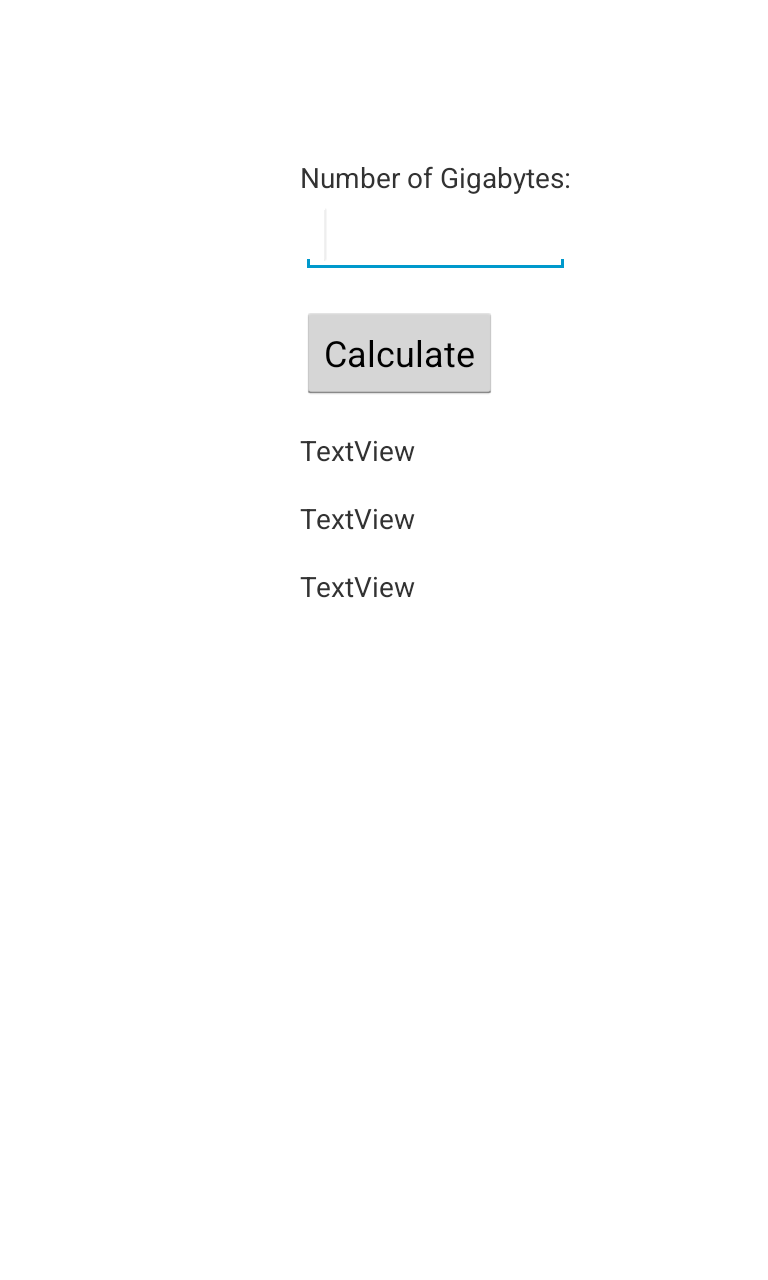
Repository: laurenelder/Java1-Project1
Layout: LinearLayoutProject/res/layout/activity_main.xml
An editor plug-in stored every save of this project. The layout is shown before and after the next save, followed by the edit.
It is drawn on a 768 x 1280 px phone screen (xhdpi) without system bars, with theme AppTheme; the app's code is not run.

Above is the layout before, as saved 2014-05-10 00:32:54.

### LinearLayoutProject/res/layout/activity_main.xml
<FrameLayout xmlns:android="http://schemas.android.com/apk/res/android"
    xmlns:tools="http://schemas.android.com/tools"
    android:id="@+id/container"
    android:layout_width="match_parent"
    android:layout_height="match_parent"
    tools:context="com.elderDevin.linearlayoutproject.MainActivity"
    tools:ignore="MergeRootFrame">

    <LinearLayout
        android:id="@+id/linear"
        android:layout_width="wrap_content"
        android:layout_height="wrap_content"
        android:layout_marginTop="50dp"
        android:layout_marginLeft="150dp"
        android:orientation="vertical"
        tools:context="com.elderDevin.linearlayoutproject.MainActivity">

        <TextView
            android:id="@+id/textView1"
            android:layout_width="wrap_content"
            android:layout_height="wrap_content"
            android:layout_marginTop="29dp"
            android:text="@string/textfield_title" />

        <EditText
            android:id="@+id/numInput"
            android:layout_width="match_parent"
            android:layout_height="wrap_content"
            android:inputType="numberSigned" >

            <requestFocus />
        </EditText>

        <Button
            android:id="@+id/calculateBtn"
            android:layout_width="wrap_content"
            android:layout_height="wrap_content"
            android:layout_marginTop="15dp"
            android:text="@string/button_text"
        	android:onClick="Clicked"/>

        <TextView
            android:id="@+id/byteView"
            android:layout_width="wrap_content"
            android:layout_height="wrap_content"
            android:layout_marginTop="15dp"
            android:text="TextView" />

        <TextView
            android:id="@+id/kByteView"
            android:layout_width="wrap_content"
            android:layout_height="wrap_content"
            android:layout_marginTop="15dp"
            android:text="TextView" />

        <TextView
            android:id="@+id/mByteView"
            android:layout_width="wrap_content"
            android:layout_height="wrap_content"
            android:layout_marginTop="15dp"
            android:text="TextView" />
    </LinearLayout>
</FrameLayout>

### LinearLayoutProject/res/values/strings.xml
<?xml version="1.0" encoding="utf-8"?>
<resources>

    <string name="app_name">Linear Layout Project</string>
    <string name="hello_world">Hello world!</string>
    <string name="action_settings">Settings</string>
    <string name="textfield_title">Number of Gigabytes:</string>
    <string name="button_text">Calculate</string>

</resources>

Loaded but not shown: LinearLayoutProject/res/values/styles.xml (common file); LinearLayoutProject/res/values-v11/styles.xml (common file); LinearLayoutProject/res/values-v14/styles.xml (common file)

After the next save:
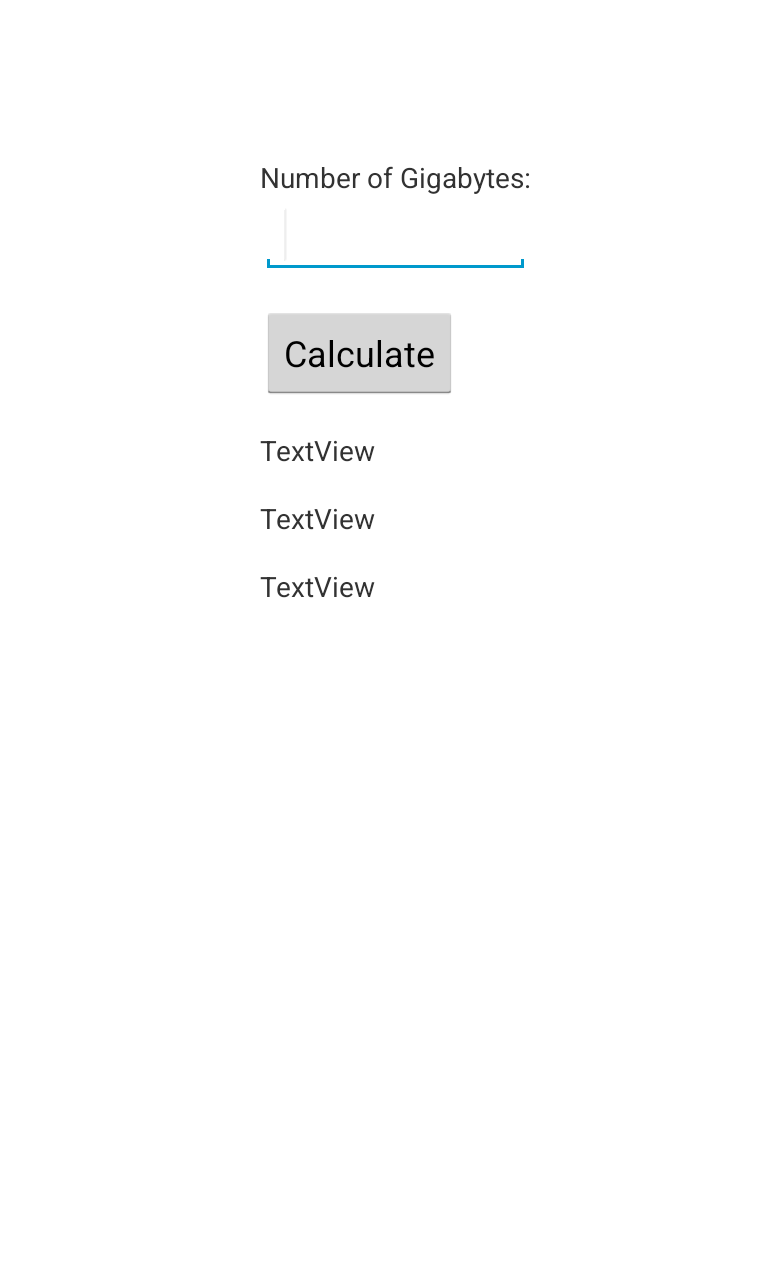
Saved 30 s later.
--- a/LinearLayoutProject/res/layout/activity_main.xml
+++ b/LinearLayoutProject/res/layout/activity_main.xml
@@ -11,7 +11,7 @@
         android:layout_width="wrap_content"
         android:layout_height="wrap_content"
         android:layout_marginTop="50dp"
-        android:layout_marginLeft="150dp"
+        android:layout_marginLeft="130dp"
         android:orientation="vertical"
         tools:context="com.elderDevin.linearlayoutproject.MainActivity">
 
